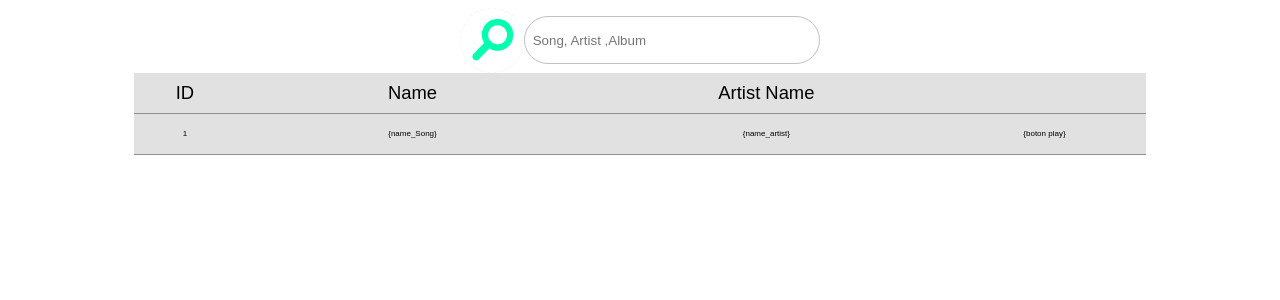
Repository: firebok2018/proyect-lP2
Page: http://localhost/Fire_Music/Search.jsp
The author's editor kept a copy of each file at every save. The page is drawn from the files as they stood at one save, then again after the next save.
The browser window is 1280 px wide. The pictures show the whole page.
The page is served by Tomcat 9.

Above is the page before, as saved 2019-05-22 16:19:26.

After the next save:
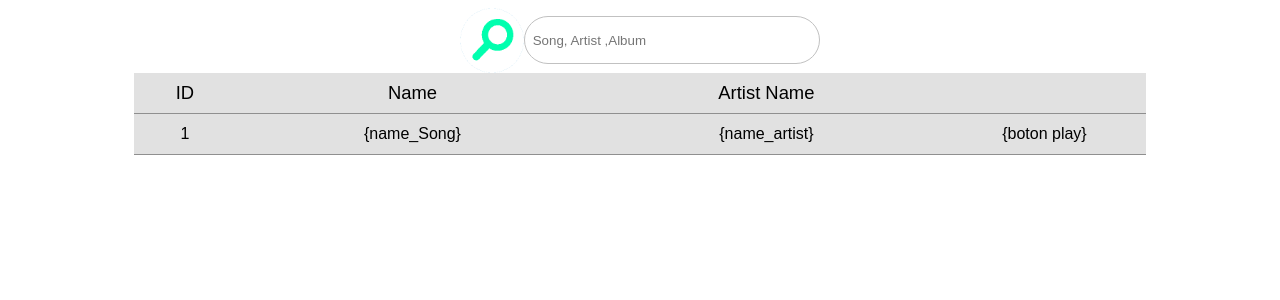
Saved 12 s later.
--- a/Fire_Music/WebContent/CSS/style_search.css
+++ b/Fire_Music/WebContent/CSS/style_search.css
@@ -60,4 +60,4 @@
 	.namea{width: 35%;}
 	.play{width: 20%;}
 
-	.fs{font-size:.5rem;}
+	.fs{font-size:1rem;}
